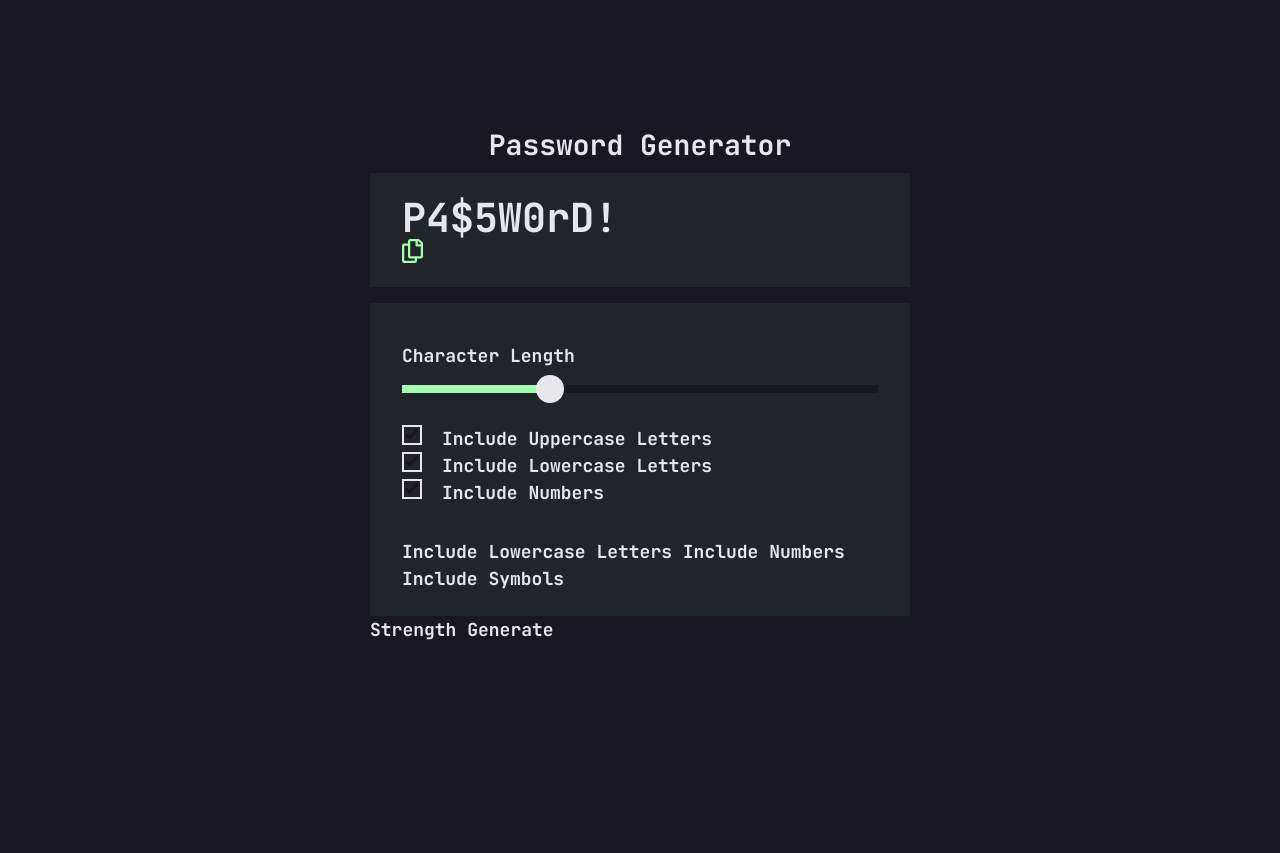
Repository: blordeus/password-generator-app
Page: starter-code/index.html
These files come from the project's save history. The page is drawn as it stood at one moment and after a run of saves; the edit follows.
The browser window is 1280 px wide. The pictures show the whole page.

Above is the page before, as saved 2023-10-05 20:13:19.

After the next 6 saves:
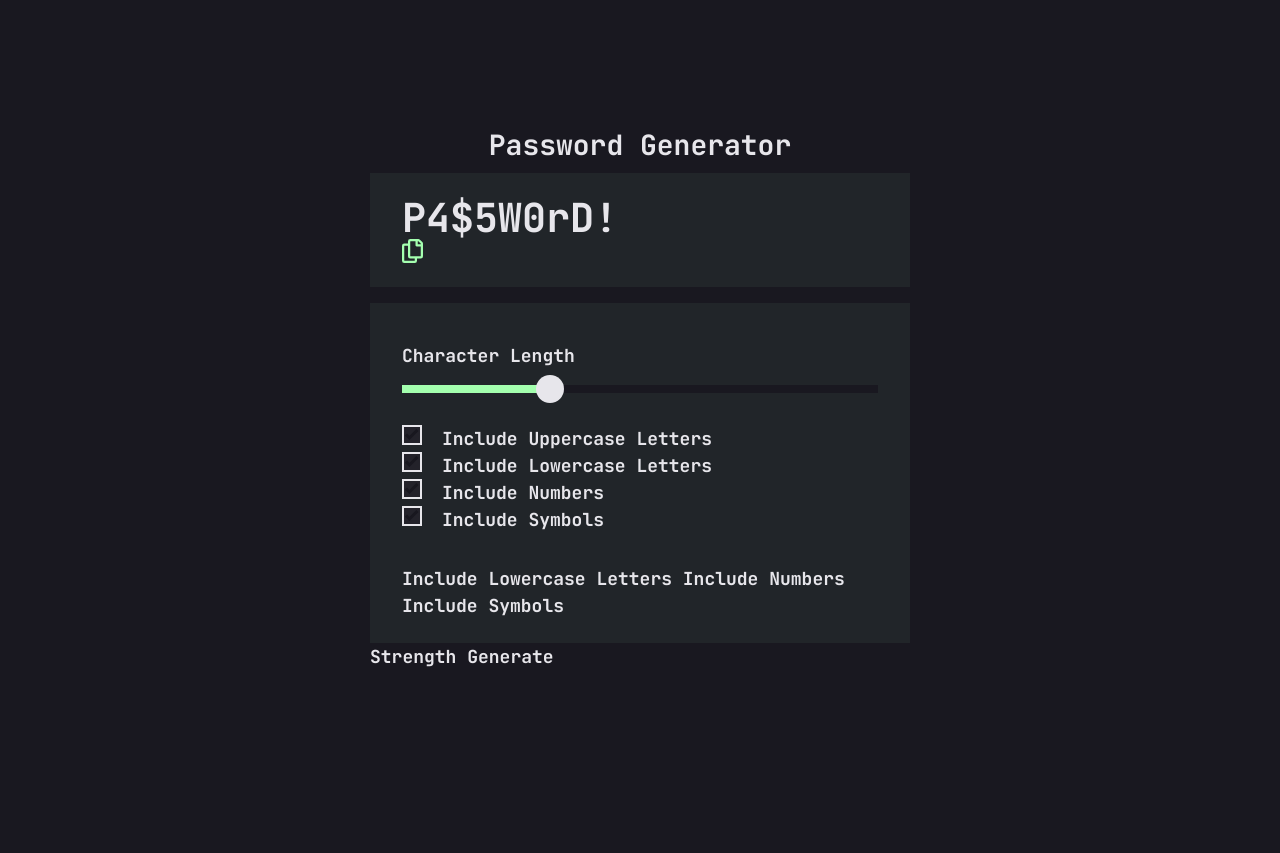
The 6 saves are shown as one change because they came seconds apart.
The last was saved 17 s later.
--- a/starter-code/index.html
+++ b/starter-code/index.html
@@ -42,6 +42,11 @@
           Include Numbers
           <span class="checkmark"><img src="./assets/images/icon-check.svg" alt="checked-icon"></span>
         </label>
+        <label for="" class="checkboxLabel">
+          <input type="checkbox" name="inclSymbols" id="inclSymbols">
+          Include Symbols
+          <span class="checkmark"><img src="./assets/images/icon-check.svg" alt="checked-icon"></span>
+        </label>
 
       </div>
       Include Lowercase Letters
